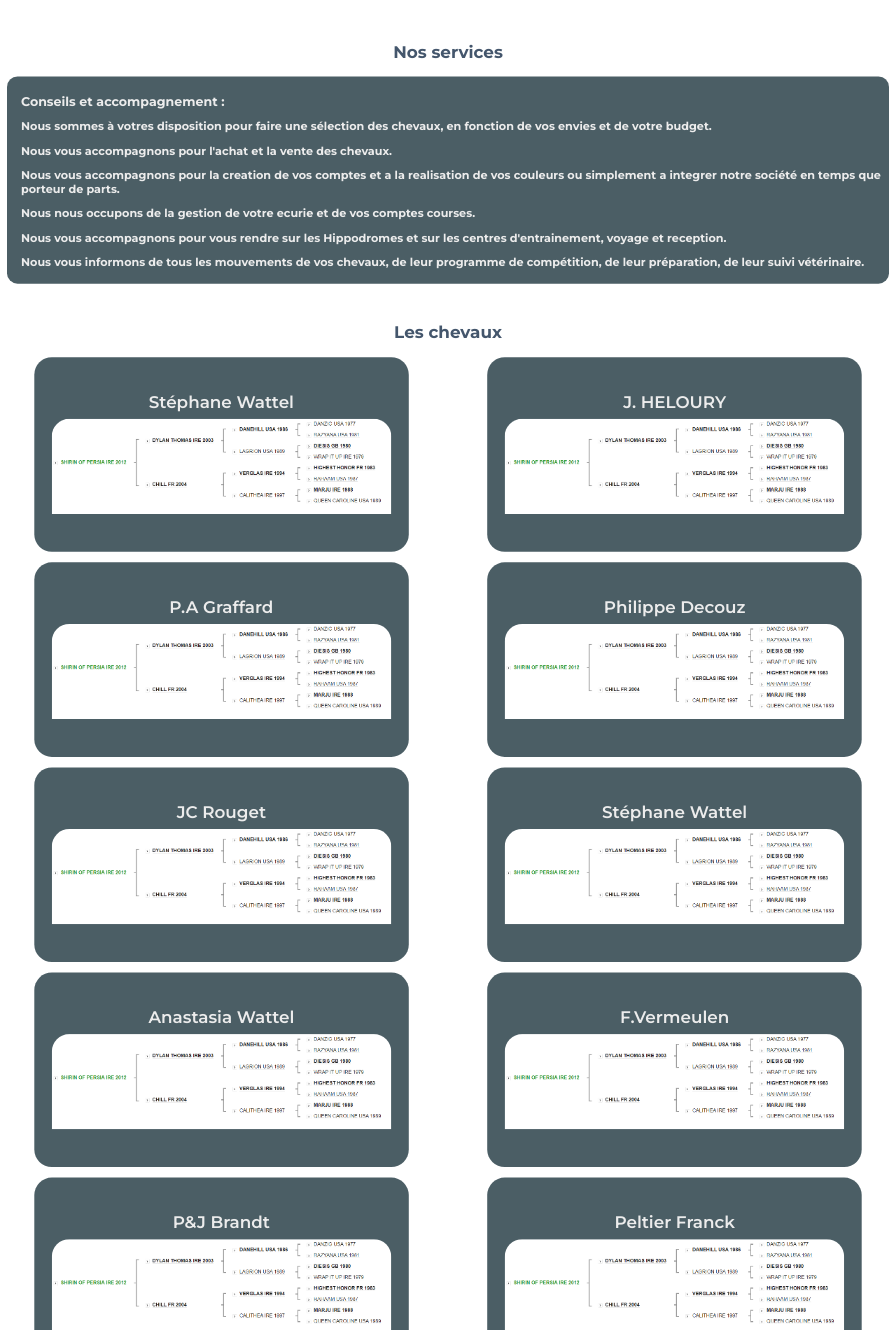
Repository: Vanitti/Site-web
Page: index.html
An editor plug-in stored every save of this project. The page is shown before and after the next save, followed by the edit.
The browser window is 1280 px wide. The pictures show the part of the page from y = 576 to 2476 px (the page is 4055 px tall before and 4079 px after), at 70% of full size.
Some web libraries are served in a nearby version.

Above is the page before, as saved 2023-06-24 15:19:28.
Not found: app.js

### index.html
<!DOCTYPE html>
<html lang="fr">
<head>
    <meta charset="UTF-8">
    <meta name="viewport" content="width=device-width, initial-scale=1.0">
    <title>F&F Horses</title>
    <link rel="icon" href="images/couleur-t.png">
    <link rel="stylesheet" href="index.css">
    <script src="app.js"></script>
    <script src="https://cdnjs.cloudflare.com/ajax/libs/font-awesome/5.12.0-2/js/all.min.js"></script>
</head>
<body>
    <header class="header">
        <img src="images/couleur-t.png" alt="Logo du site">
        <nav class="nav">
            <li><a href="#accueil" class="transition">Accueil</a></li>
            <li><a href="#services" class="transition">Nos services</a></li>
            <li><a href="#chevaux" class="transition">Nos chevaux</a></li>
            <li><a href="#courses" class="transition">Le monde des courses</a></li>
            <li><a href="#histoire" class="transition">Histoire</a></li>
            <li><a href="#contact" class="transition">Contact</a></li>
            <li><a href="login.html">Se connecter</a></li>
        </nav>
    </header>

    <section  id="accueil">
        <div class="landing-page">
          <video class="video-container" id="background-video" autoplay loop muted><source src="images/video/F&F horses.mp4" type="video/mp4" ></video>
          <h1 class="big-title">F&F Horses</h1>
        </div>
    </section>


<!-- Nos services-->
<h1 id="services" class="section-title" >Nos services</h1>

<div class="s">
<h2 class="section-sous">Conseils et accompagnement :</h2>
<h3 class="texte">Nous sommes à votres disposition pour faire une sélection des chevaux, en fonction de vos envies et de votre budget.</h3>
<h3 class="texte">Nous vous accompagnons pour l'achat et la vente des chevaux.</h3>
<h3 class="texte">Nous vous accompagnons pour la creation de vos comptes et a la realisation de vos couleurs ou simplement a integrer notre société en temps que porteur de parts.</h3>
<h3 class="texte">Nous nous occupons de la gestion de votre ecurie et de vos comptes courses.</h3>
<h3 class="texte">Nous vous accompagnons pour vous rendre sur les Hippodromes et sur les centres d'entrainement, voyage et reception.</h3>
<h3 class="texte">Nous vous informons de tous les mouvements de vos chevaux, de leur programme de compétition, de leur préparation, de leur suivi vétérinaire.</h3>
</div>

<!-- Nos chevaux -->
<h1 id="chevaux" class="section-title" >Les chevaux</h1>

<div class="entraineur">
    <div ><h3 >Stéphane Wattel</h3><img class="cheval" src="images/chevaux/1.png"></div>
    <div ><h3 >J. HELOURY</h3><img class="cheval" src="images/chevaux/1.png"></div>
    <div ><h3 >P.A Graffard</h3><img class="cheval" src="images/chevaux/1.png"></div>
    <div ><h3 >Philippe Decouz</h3><img class="cheval" src="images/chevaux/1.png"></div>
    <div ><h3 >JC Rouget</h3><img class="cheval" src="images/chevaux/1.png"></div>
    <div ><h3 >Stéphane Wattel</h3><img class="cheval" src="images/chevaux/1.png"></div>
    <div ><h3 >Anastasia Wattel</h3><img class="cheval" src="images/chevaux/1.png"></div>
    <div ><h3 >F.Vermeulen</h3><img class="cheval" src="images/chevaux/1.png"></div>
    <div ><h3 >P&J Brandt</h3><img class="cheval" src="images/chevaux/1.png"></div>
    <div ><h3 >Peltier Franck</h3><img class="cheval" src="images/chevaux/1.png"></div>
</div>

<!-- Le monde des courses -->
<h1 id="courses" class="section-title" >Le monde des courses</h1>

<div class="c">
<h2 class="section-sous">Achat et vente des chevaux :</h2>
<h3 class="texte">A l'elevage, a l'amiable a l'entrainement, aux ventes aux enchères, pendant les courses dites a reclamer.</h3>
<h3 class="texte">Il est possible d'acquérir qu'un pourcentage sur un cheval, ce qui permet de minimiser les risques et d'avoir une écurie plus grande en nombre de chevaux.</h3>
<h3 class="texte">1 ou 4 chevaux à 25%.</h3>
</div>

<div class="c">
<h2 class="section-sous">Prix des chevaux :</h2>
<h3 class="texte">Il est difficle de donner un prix moyen, la valeur d'un cheval peut aller de quelques milliers d'euro a plusieurs millions. Raisonnablement, un cheval d'une valeur de 50 à 100 000 euro peut faire de belles courses. En principe plus la valeur du cheval est grande, plus il est susceptible de courir des courses de renom, les gains étant en rapport.</h3>
<h3 class="texte">En Un trotteur peut courir a partir de 2ans jusqu'a 10ans. Il doit atteindre un minimal chronometrique ( de 2 à 5ans) pour avoir le droit de courir sur un Hippodrome (environ 20 sur 2000 metres).</h3>
<h3 class="texte">Un pur-sang peut courir à partir de 2 ans pour les courses de plat et 3ans pour les courses d'obstacles, jusqu'a 6ans, la meilleure performance étant à 4ans.</h3>
<h3 class="texte">C'est l'entraineur qui décide a quelle course doit participer le cheval (en fonction de nombreux critères : age, sexe, distance, type de sol, concurrence, carriere du cheval...).</h3>
</div>

<div class="c">
<h2 class="section-sous">Gestion des courses :</h2>
<h3 class="texte">Les courses sont en réparties en 2 catégories :</h3>
<h3 class="texte">-Le trot, géré par le trotteur francais</h3>
<h3 class="texte">-Le galop et l'obstacle gérés par France Galop</h3>
<h3 class="texte">L'ensemble sous la tutelle du PMU. Les propriétaires peuvent étre en nom propre ou avoir des parts dans une société. Une demande doit etre faite aupres de la police judiciaire pour avoir droit au statut de "Propriétaire".</h3>
</div>

<div class="c">
<h2 class="section-sous">Fonctionnement :</h2>
<h3 class="texte">Un ecurie de chevaux de courses, c'est comme une équipe de Football, il faut des jeunes pour construire l'avenir et des chevaux d'age pour avoir des partants sur les hippodromes. Il faut tenir compte des blessures qui peuvent avoir de l'incidence dans l'organisation de l'ecurie, les chevaux de course étant des athletes a part entiere.</h3>
<h3 class="texte">-Le choix de la discipline est tres importante mais une ecurie peut avoir des chevaux dans les trois spécialités.</h3>
<h3 class="texte">Pour ma part, je trouve que le steeple-chase ainsi que les courses de haies sont trops dangereuses pour les chevaux où de nombreuses chutes sont fréquentes.</h3>
<h3 class="texte">-Les entraineurs peuvent etre choisi independamment par le cheval (ce qui n'est pas le cas dans une équipe de foot...), mais il est préferable de regrouper quelques chevaux chez un meme entraineur, ce qui facilite la communication ainsi que les visites des chevaux à l'entrainement.</h3>
</div>

<!-- Histoire -->
<h1 id="histoire" class="section-title" >Notre histoire</h1>

<div class="h">
<h3 class="texte">Dans le milieu du cheval depuis plus de 50 ans, Frederic Vanotti a été actif dans le monde des chevaux de course par le biais de son pere passionné egalement, propriétaire de nombreux gagnants et également élveur de pur-sang.</h3>
<h3 class="texte">Un rencontre en 2014 à provoqué la creation de la société F&F Horses. Un éleveur Normand de grande réputation a proposé des parts sur 2 poulains qui galopaient dans les prés.</h3>
<h3 class="texte">De retour en region Rhone-Alpes, un ami prit part a l'aventure afin de permettre a F&F Horses de voir le jou !.</h3>
<h3 class="texte">Depuis, de nombreux chevaux ont porté les couleurs de F&F Horses et l'entente avec le Haras Normand perdure toujours.</h3>
</div>

<!-- Footer -->

<footer id="contact" class="footer">
  <p class="HG">&copy; 2023 - F&F horses</p>
  <p class="HG"><a href="tel:+33 6 09 69 26 37">+33 6 09 69 26 37</a></p>
  <p class="HG"><a href="mailto:ffhorses01@gmail.com">ffhorses01@gmail.com</a></p>
  <p class="HG"><a href="Formulaire de contact.html">Formulaire de contact</a></p>
  <p class="HG">560 route de Maillat, 01430 Peyriat, France</p>
</footer>



<script src="app.js"></script>
</body>
</html>

### index.css
@import url('https://fonts.googleapis.com/css2?family=Montserrat:wght@100;200;300;400;500;600;700;800;900&display=swap');
@import url('https://fonts.googleapis.com/css2?family=Abril+Fatface&display=swap');
@import url('https://fonts.googleapis.com/css2?family=Roboto:wght@300&display=swap');

html {
  scroll-behavior: smooth;
}

body {
  margin: 0;
  padding: 0;
  font-family: 'Montserrat', sans-serif;
}

header {
  display: flex;
  align-items: center;
}

.scroll-down {
  color: white;
  text-decoration: none;
  position: absolute;
  bottom: 0;
}

/* Typographie */
.section-title {
    border-radius: 10px;
    font-size: 24px;
    font-weight: bold;
    text-align: center;
    border: 56;
    border-color: #44566c;
    color: #44566c;
    margin-left: 35%;
    margin-right: 35%;
    margin-top: 50px;
    padding: 5px;
  }

  .section-sous {
    font-size: 18px;
    font-weight: bold;
    color: #ececec;
    margin-top: 20px;
    margin-left: 15px;
  }

  .texte {
    font-size: 16px;
    color: #ececec;
    margin-top: 10px;
    margin-left: 15px;
  }


/* Navigation */
nav.nav {
  z-index: 7;
  top: 10px;
  position: fixed;
  display: flex;
  list-style: none;
  justify-content: center;
  align-items: center;
  line-height: 30px;
  transition: all 0.3s ease;
  white-space: nowrap; /* Ajout de la propriété pour empêcher le retour à la ligne */
  background-color: #201b22;
  opacity: 0.75;
  padding: 15px;
  left: 150px;
  right: 15px;
  border-radius: 15px;
  justify-content: space-between;
}

nav.nav li a {
  justify-content: space-between;
  text-decoration: none;
  font-weight: 600;
  transition: all 0.3s ease;
  color: #ececec;
  font-size: 20px;
  margin: 0; /* Supprimer les marges horizontales des liens */
}

nav.nav li a:hover {
  color: #4b5e65; /* Changement de couleur au survol */
  background-color: #ececec; /* Changement de couleur d'arrière-plan au survol */
  border-radius: 5px;
  padding: 5px;
}

/* Accueil */
header img {
  width: 150px;
  height: 150px;
  top: 0;
  left: 0;
  position: absolute;
}

.top-page {
  background: url('images/galoubet1.jpg');
  background-size: cover;
  height: 80vh;
  padding: 25px;
  z-index: -2;
}

#background-video {
  width: 100%;
  height: 80vh;
  object-fit: cover;
  background-size: cover;
  height: 80vh;
  z-index: -2;
  position: relative;
}

.big-title {
    color: #ececec;
    font-size: 140px;
    font-family: 'Abril Fatface', cursive;
    font-weight: 100;
    position: absolute;
    top: 0;
    transform: translate(50%, 50%);
  }

/* Nos chevaux */
#chevaux {
    font-size: 24px;
    font-weight: bold;
    text-align: center;
    margin-top: 50px;
  }

  .entraineur {
    display: grid;
    grid-template-columns: 1fr 1fr;
    grid-gap: 15px;
    justify-items: center;
    align-items: center;
    margin-top: 15px;
  }

  .entraineur div {
    text-align: center;
    background-color: #4b5e65;
    padding: 25px;
    border-radius: 25px;
  }

  .entraineur img {
    border-radius: 25px;
    max-width: 100%;
    height: auto;
    padding-bottom: 25px;
  }

  .entraineur h3 {
    font-size: 24px;
    font-weight: 600;
    margin-bottom: 10px;
    color: #ececec;
  }

/* div */
.c {
    background-color: #4b5e65;
    margin: 10px;
    border-radius: 15px;
    padding: 5px;
}

.s {
    background-color:#4b5e65;
    margin: 10px;
    border-radius: 15px;
    padding: 5px;
}

.h {
    background-color: #4b5e65;
    margin: 10px;
    border-radius: 15px;
    padding: 5px;
}

/* footer */
footer {
    margin-top: 30px ;
    display: flex;
    justify-content: center;
    align-items: center;
    flex-wrap: wrap;
    padding: 15px;
    background-color: #313131;
  }

  footer p {
    margin: 0 10px;
    color: #f1f1f1;
  }

  .HG a {
    color: #f1f1f1;
    text-decoration: none;
  }

  .HG a:hover {
    color: white;
    font-weight: bold;
    transition: 0.3s;
  }

After the next save:
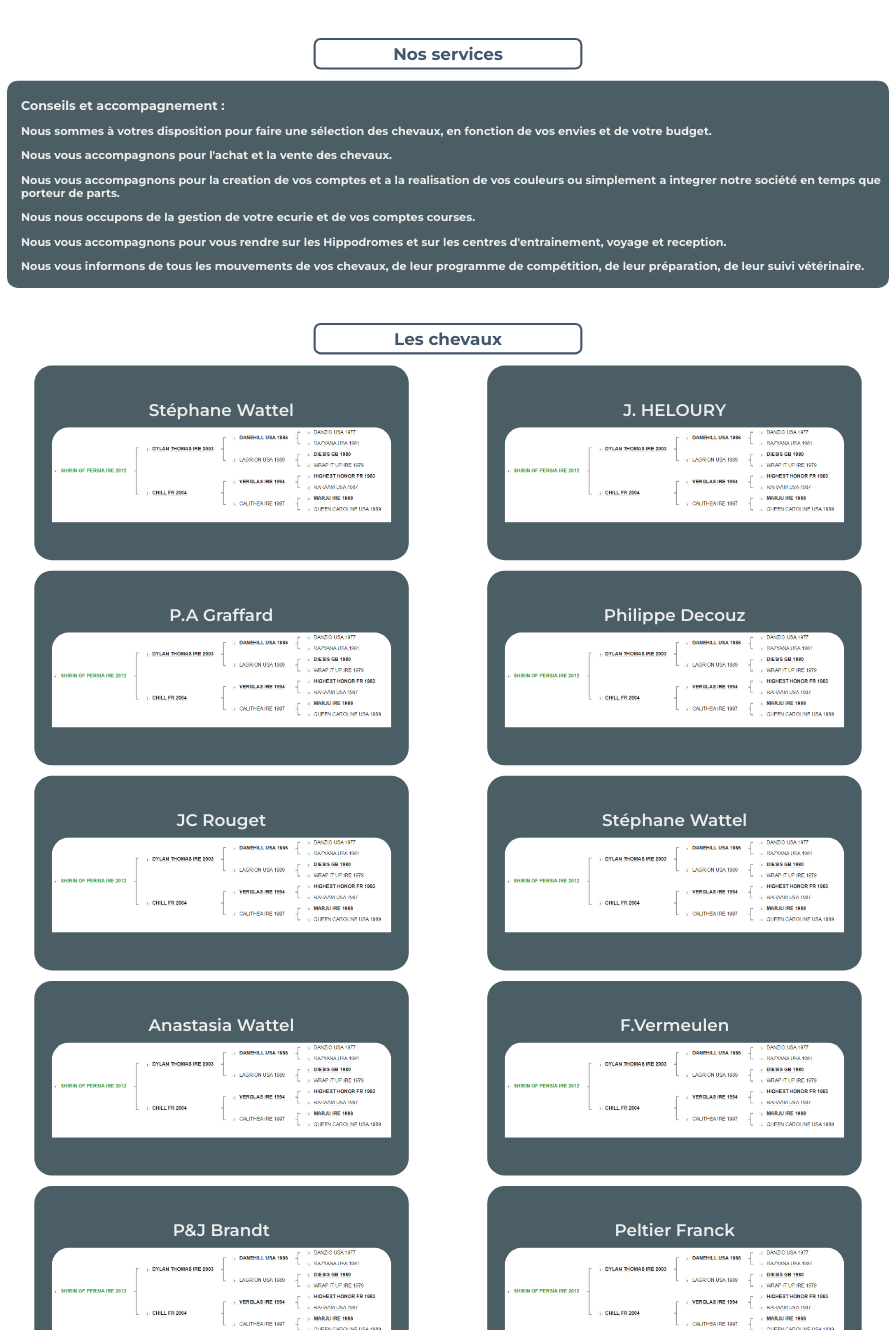
Saved 22 s later.
--- a/index.css
+++ b/index.css
@@ -30,7 +30,7 @@ header {
     font-size: 24px;
     font-weight: bold;
     text-align: center;
-    border: 56;
+    border: solid;
     border-color: #44566c;
     color: #44566c;
     margin-left: 35%;
